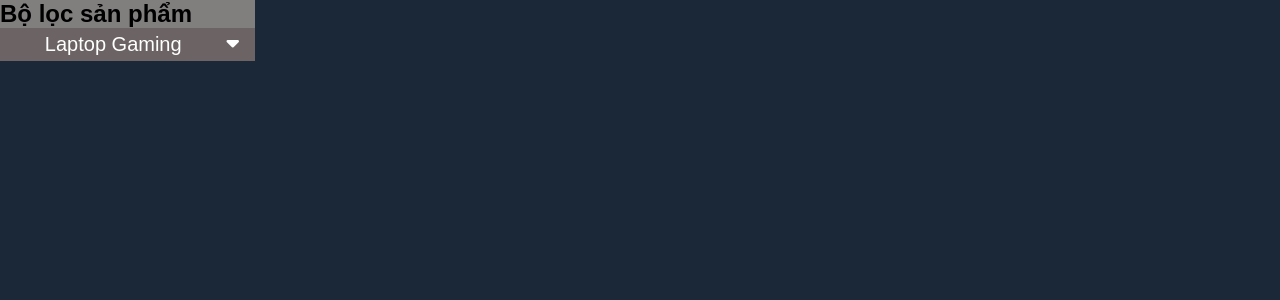
Repository: HPNChanel/DACS
Page: product.html
An editor plug-in stored every save of this project. The page is shown before and after the next save, followed by the edit.
The browser window is 1280 px wide. The pictures show the whole page.

Above is the page before, as saved 2023-04-11 17:40:17.

### product.html
<!DOCTYPE html>
<html lang="en">
    <head>
        <meta charset="UTF-8" />
        <meta http-equiv="X-UA-Compatible" content="IE=edge" />
        <meta name="viewport" content="width=device-width, initial-scale=1.0" />
        <title>PRODUCT</title>
        <link rel="stylesheet" href="./style/product.css" />
        <link
            rel="stylesheet"
            href="https://cdnjs.cloudflare.com/ajax/libs/font-awesome/6.4.0/css/all.min.css"
            integrity="sha512-iecdLmaskl7CVkqkXNQ/ZH/XLlvWZOJyj7Yy7tcenmpD1ypASozpmT/E0iPtmFIB46ZmdtAc9eNBvH0H/ZpiBw=="
            crossorigin="anonymous"
            referrerpolicy="no-referrer"
        />
    </head>
    <body>
        <div class="sidebar">
            <h2>Bộ lọc sản phẩm</h2>
            <div class="sidebar-content">
                <button class="dropdown-btn">
                    Laptop Gaming
                    <i class="fa fa-caret-down"></i>
                </button>
                <div class="dropdown-container">
                    <a href="">TUF</a>
                    <a href="">MSI</a>
                    <a href="">LENOVO</a>
                </div>
            </div>
        </div>

        <script src="./product.js"></script>
    </body>
</html>

### style/product.css
* {
    margin: 0;
    padding: 0;
    box-sizing: border-box;
    list-style: none;
    text-decoration: none;
}
html {
    font-size: 62.5%;
}
body {
    font-family: "Poppins", sans-serif;
    font-size: 1.6rem;
    margin: 0 auto;
    width: 1280px;
    background-color: #1b2838;
}
.sidebar {
    background-color: #817e7e;
    width: 255px;
}
.sidebar a,
.dropdown-btn {
    display: block;
    font-size: 20px;
    background-color: none;
    border: none;
    cursor: pointer;
    outline: none;
    padding: 5px 8px 5px 0px;
}
.dropdown-btn {
    width: 100%;
    background-color: rgb(108, 100, 100);
    color: rgb(255, 255, 255);
}
.fa-caret-down {
    float: right;
    padding-right: 8px;
}
.dropdown-container {
    display: none;
    padding-left: 0px;
}
.active {
    color: white;
}

### product.js
/* Loop through all dropdown buttons to toggle between hiding and showing its dropdown content - This allows the user to have multiple dropdowns without any conflict */
var dropdown = document.getElementsByClassName("dropdown-btn");
var i;

for (i = 0; i < dropdown.length; i++) {
    dropdown[i].addEventListener("click", function () {
        this.classList.toggle("active");
        var dropdownContent = this.nextElementSibling;
        if (dropdownContent.style.display === "block") {
            dropdownContent.style.display = "none";
        } else {
            dropdownContent.style.display = "block";
        }
    });
}

After the next save:
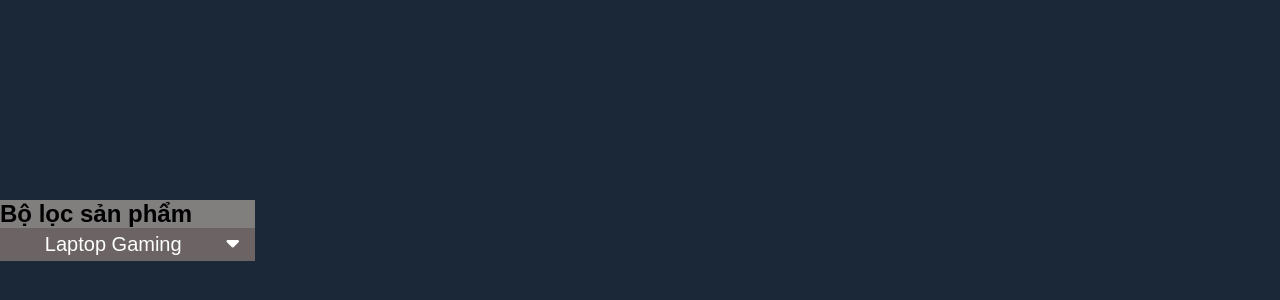
Saved 56 s later.
--- a/style/product.css
+++ b/style/product.css
@@ -18,6 +18,7 @@ body {
 .sidebar {
     background-color: #817e7e;
     width: 255px;
+    margin-top: 200px;
 }
 .sidebar a,
 .dropdown-btn {
